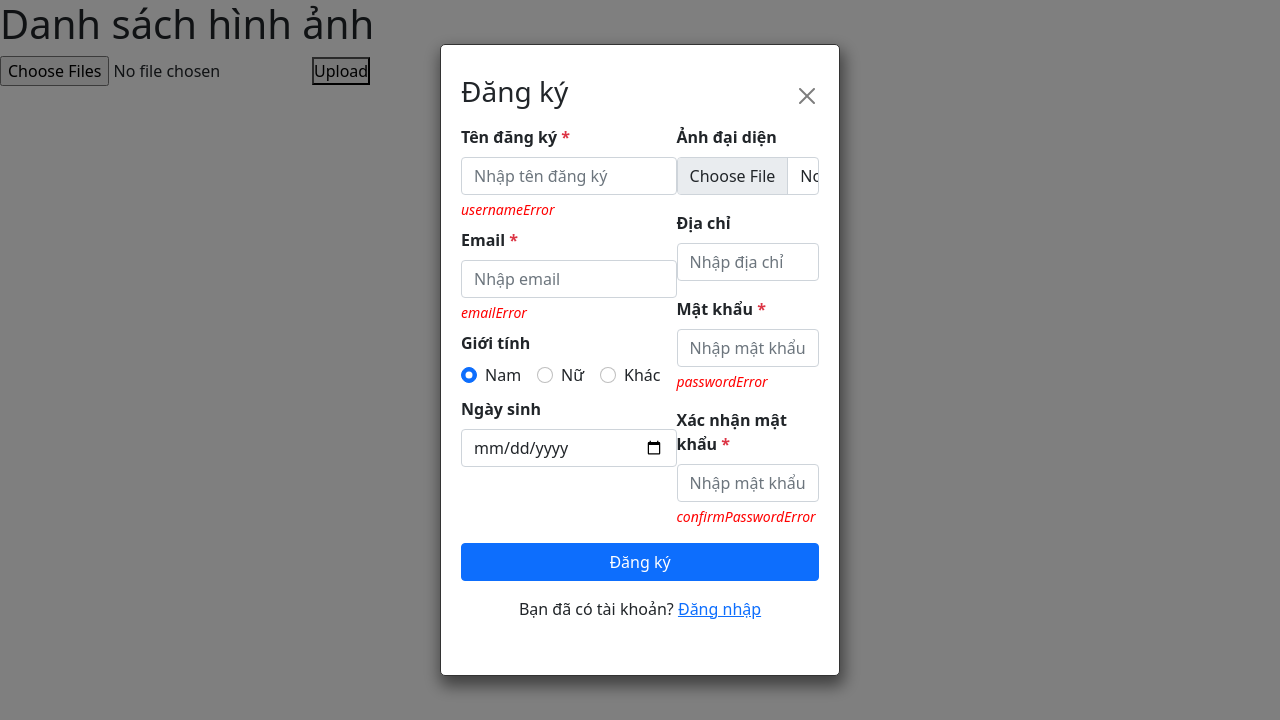
Repository: TinhTT336/MD02_Session14
Page: / (app in client/)
An editor plug-in stored every save of this project. The page is shown before and after the next save, followed by the edit.
The browser window is 1280 px wide. The pictures show the whole page.
The page's requests for data from a server got no answer. The project was rebuilt for these pictures with package versions that can differ from the ones it lists, and the page was loaded fresh each time. No one was signed in, and anything a server would have sent is missing. Also part of the build but not shown: client/vite.config.js, client/src/index.css.

Above is the page before, as saved 2023-09-14 10:29:28.

After the next save:
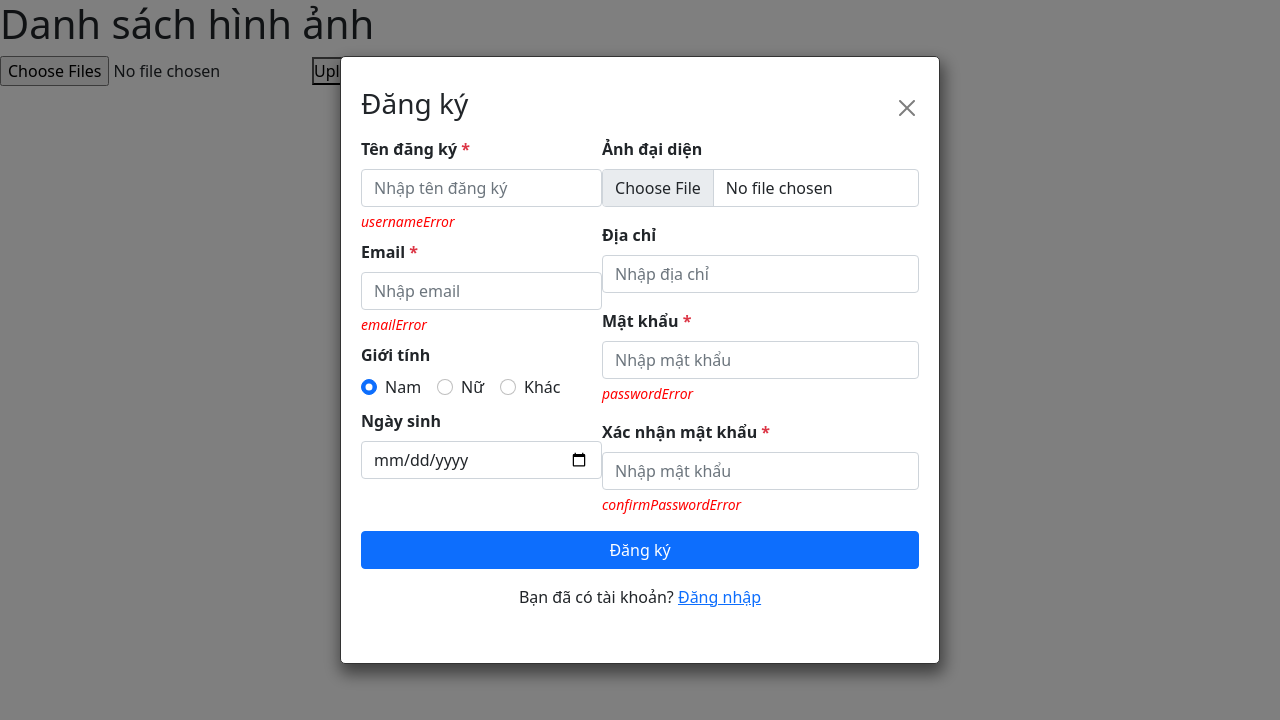
Saved 12 s later.
--- a/client/src/components/register/register.css
+++ b/client/src/components/register/register.css
@@ -12,7 +12,7 @@
 .form-login {
   padding: 30px 20px;
   border: 1px solid #333;
-  width: 400px;
+  width: 600px;
   background-color: #fff;
   border-radius: 5px;
   box-shadow: 2px 8px 16px 2px rgba(0, 0, 0, 0.5);
